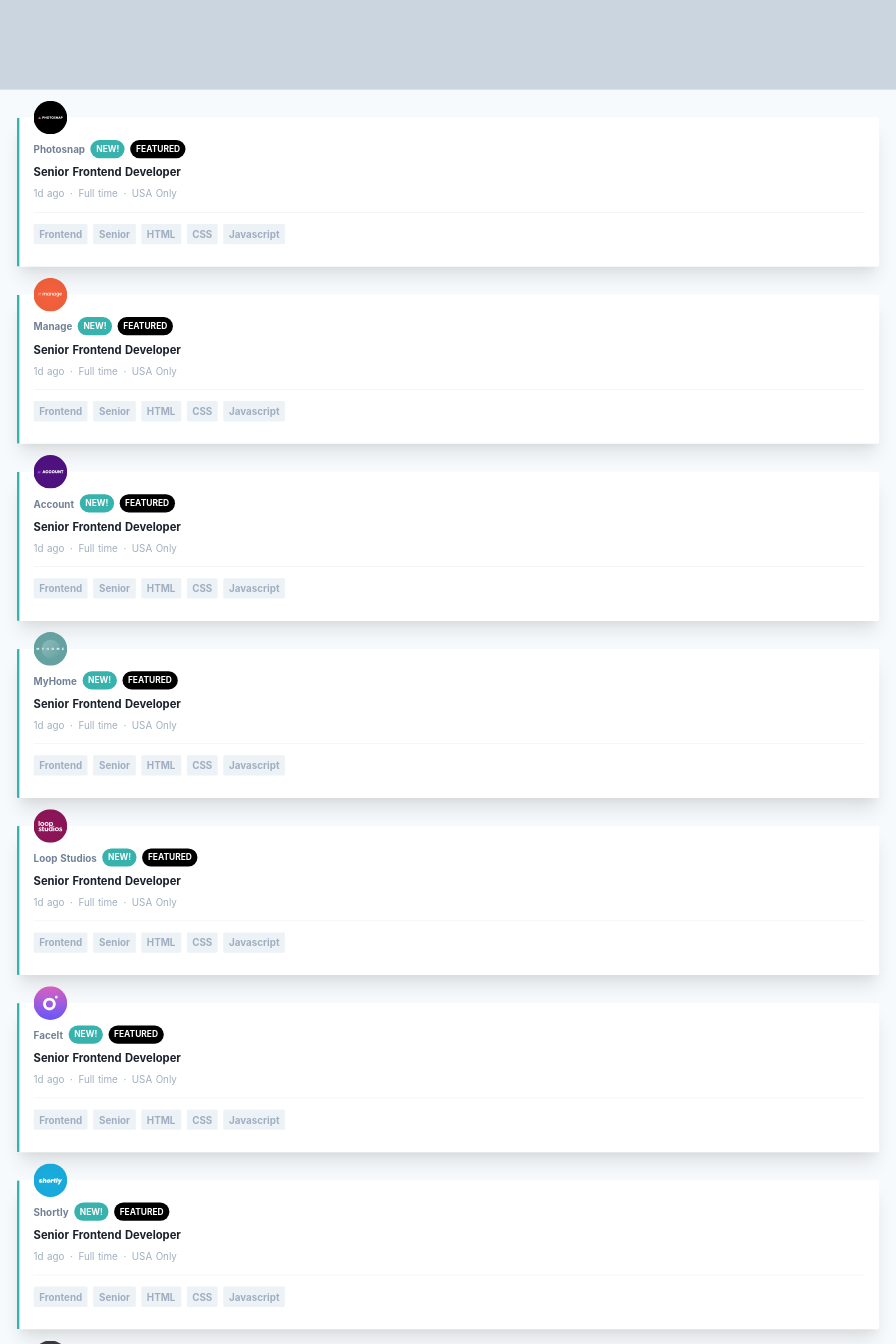
Repository: asongdon/frontendmentor-joblisting
Page: /
An editor plug-in stored every save of this project. The page is shown before and after a run of saves, followed by the edit.
The browser window is 1280 px wide. The pictures show the part of the page from y = 0 to 1920 px (the page is 2658 px tall), at 70% of full size.
The project was rebuilt for these pictures with package versions that can differ from the ones it lists, and the page was loaded fresh each time. The framework's server and built-in components were replaced by stand-ins that run in the browser. Also part of the build but not shown: nuxt.config.js.

Above is the page before, as saved 2020-04-12 21:31:37.

After the next 2 saves:
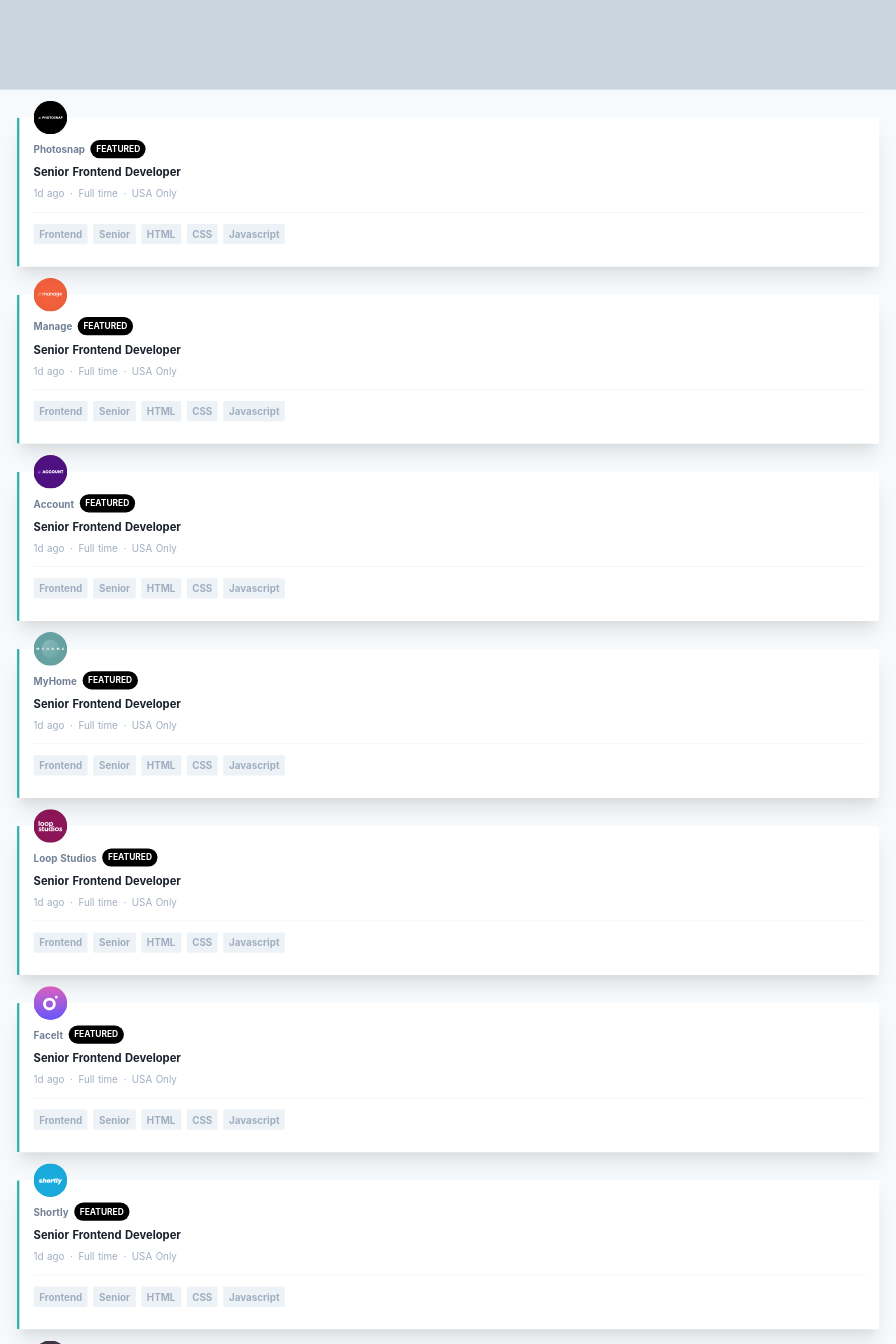
The 2 saves are shown as one change because 1 did not build or start.
The last was saved 2 min 17 s later.
--- a/components/Maincard.vue
+++ b/components/Maincard.vue
@@ -10,6 +10,7 @@
       <div class="text-sm font-bold text-gray-600">{{ company }}</div>
       <div class="flex text-xs font-bold">
         <div
+          v-if="newStatus"
           class=" bg-teal-500 text-white rounded-full px-2 py-1 uppercase ml-2"
         >
           New!
@@ -66,7 +67,9 @@
 export default {
   props: {
     logo: String,
-    company: String
+    company: String,
+    newStatus: Boolean,
+    featured: Boolean
   }
 }
 </script>
